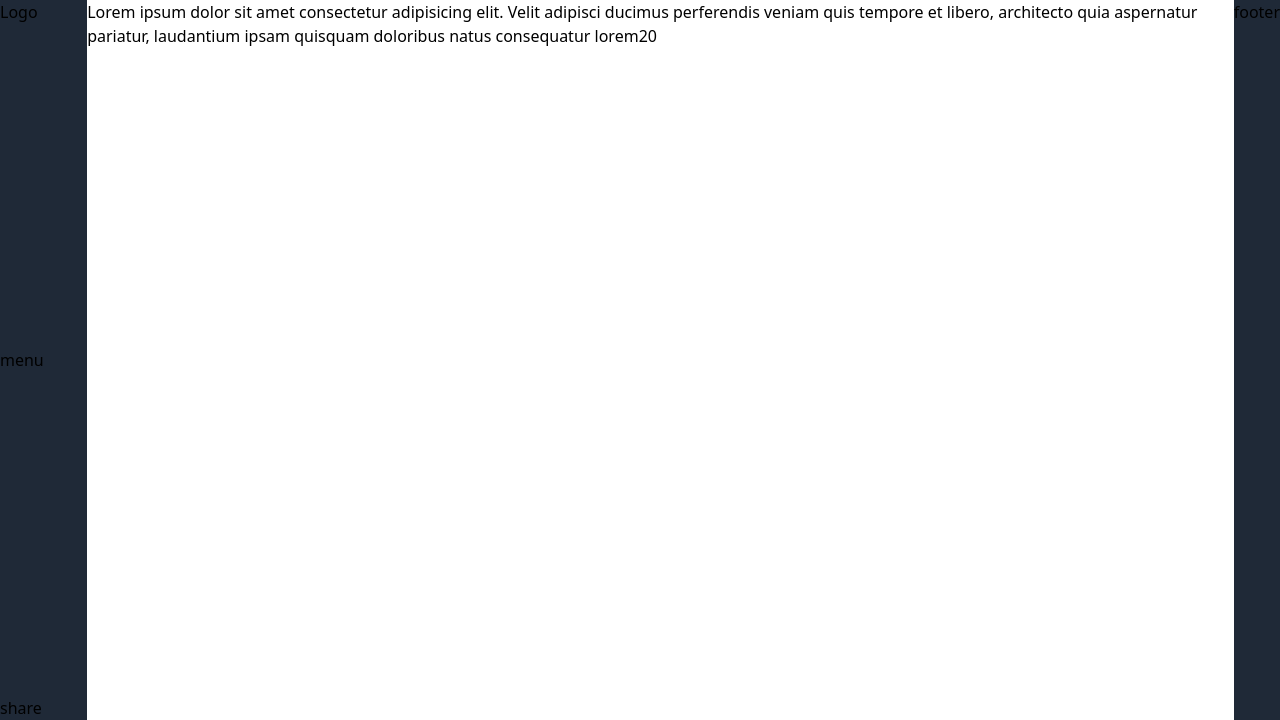
Repository: linco6054/template-tailwindcss
Page: index.html
An editor plug-in stored every save of this project. The page is shown before and after the next save, followed by the edit.
The browser window is 1280 px wide. The pictures show the whole page.

Above is the page before, as saved 2021-08-17 13:39:30.

After the next save:
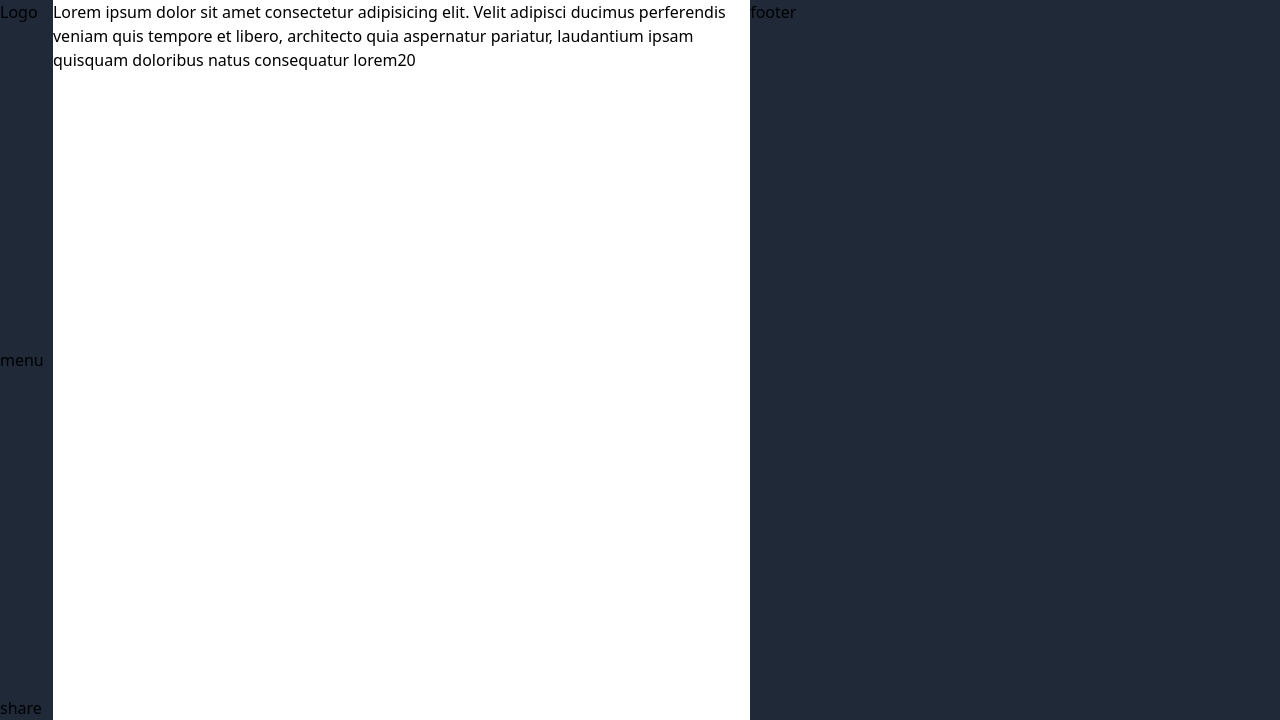
Saved 9 s later.
--- a/index.html
+++ b/index.html
@@ -42,7 +42,7 @@
       aspernatur pariatur, laudantium ipsam quisquam doloribus natus consequatur
       lorem20
     </div>
-    <footer class="md:min-h-screen bg-gray-800 sm:w-full md:w-16">
+    <footer class="md:min-h-screen bg-gray-800 sm:w-full md:w-">
       footer
     </footer>
   </body>

After the save that followed:
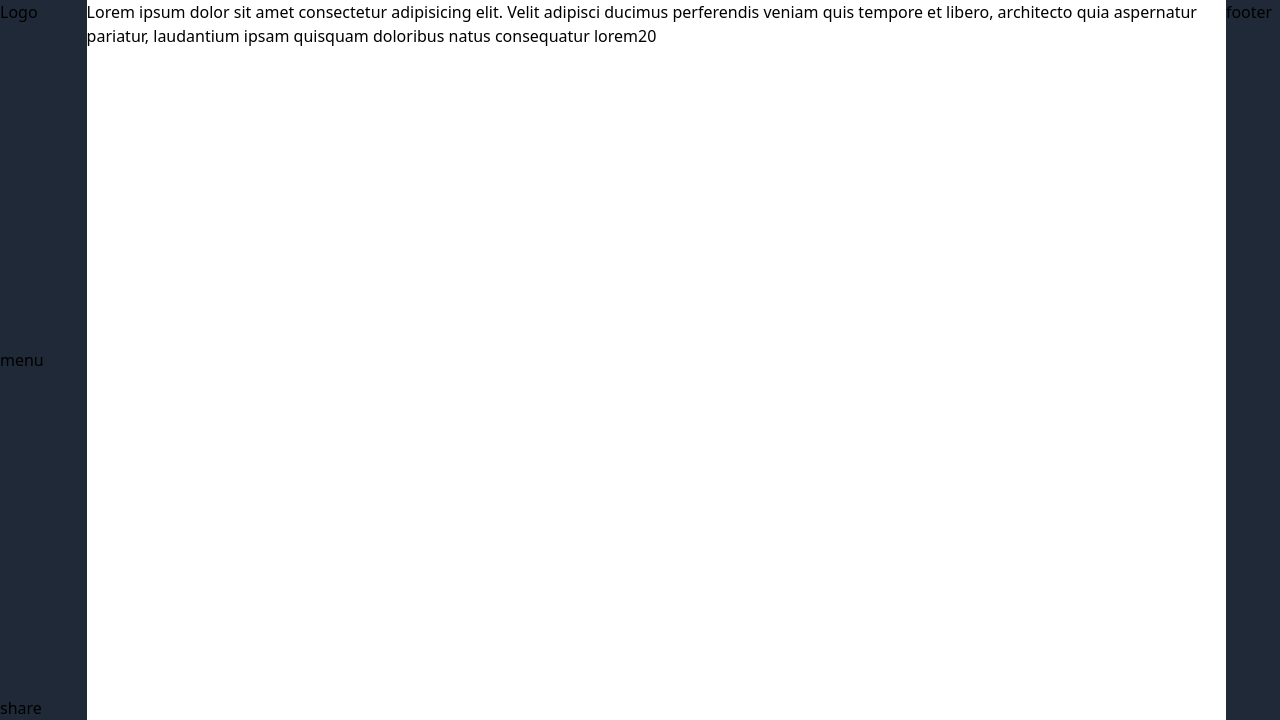
Saved 7 s later.
--- a/index.html
+++ b/index.html
@@ -42,7 +42,7 @@
       aspernatur pariatur, laudantium ipsam quisquam doloribus natus consequatur
       lorem20
     </div>
-    <footer class="md:min-h-screen bg-gray-800 sm:w-full md:w-">
+    <footer class="md:min-h-screen bg-gray-800 sm:w-full md:w-20">
       footer
     </footer>
   </body>
